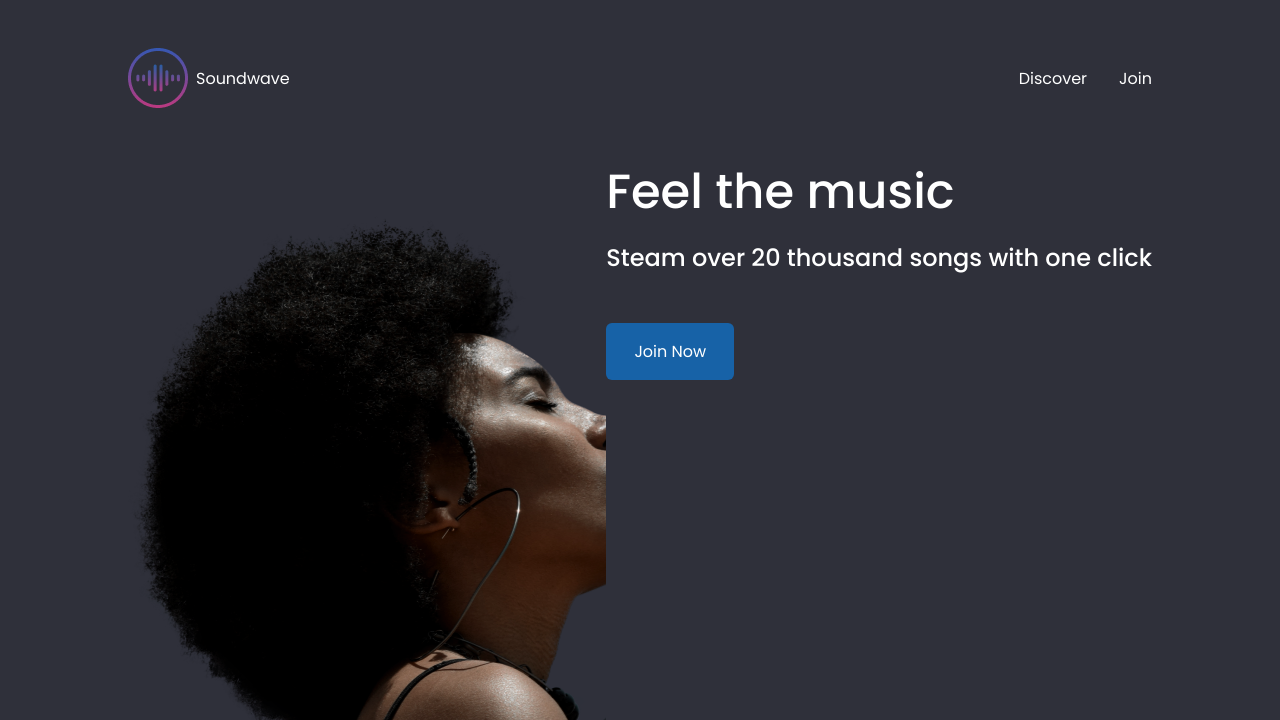
Repository: Hiiiij/soundwave
Page: pages/index.html
An editor plug-in stored every save of this project. The page is shown before and after a run of saves, followed by the edit.
The browser window is 1280 px wide. The pictures show the whole page.

Above is the page before, as saved 2020-06-30 13:10:39.

After the next 3 saves:
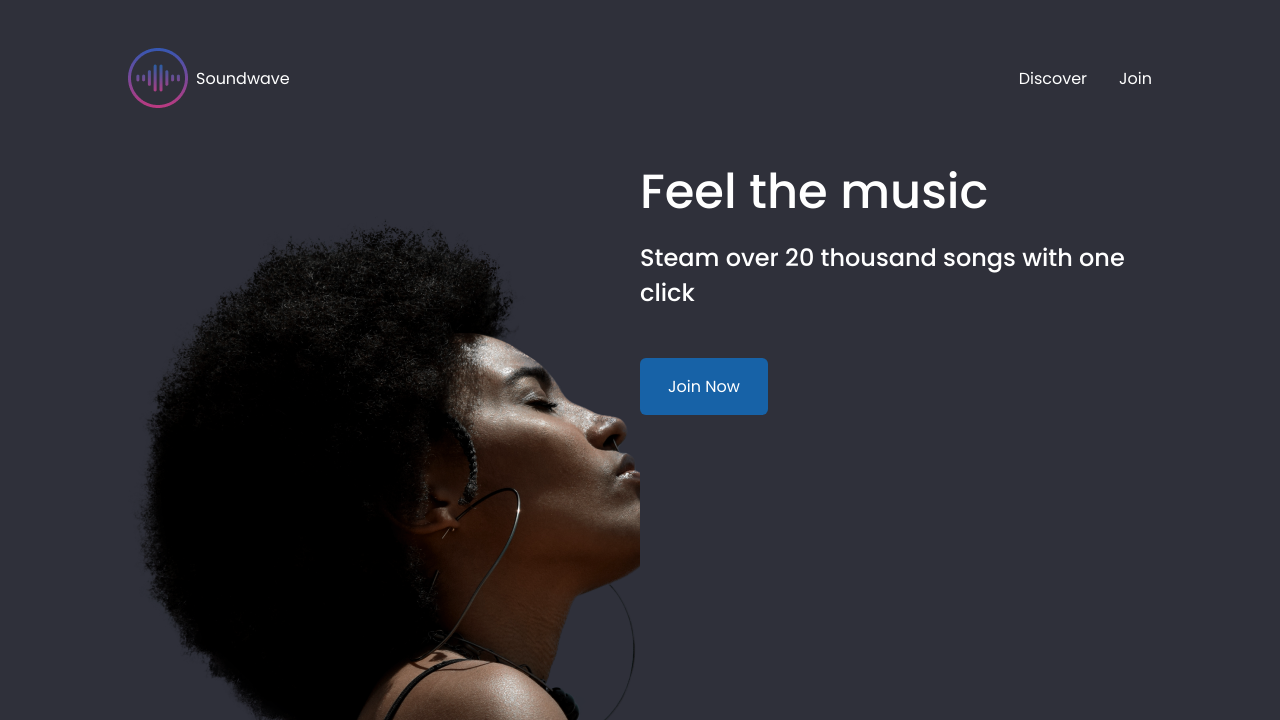
The 3 saves are shown as one change because they came seconds apart.
The last was saved 9 s later.
--- a/style.css
+++ b/style.css
@@ -150,7 +150,7 @@ justify-content:flex-end;
   background-repeat: no-repeat;
   flex-grow:1;
   max-height: 70vh;
-  min-widt0vw;
+  min-width:40vw;
   /* background-size: 50%;
   background-position: 0 bottom;
   align-items: center; */
